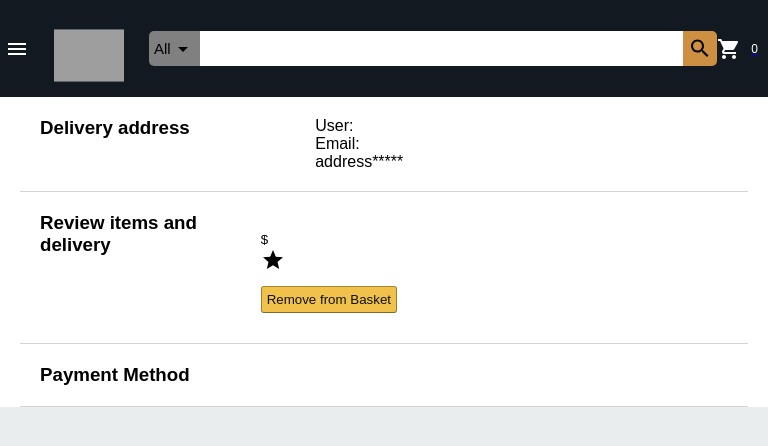
Repository: pinocoding/my-amazon-app
Page: /payment
An editor plug-in stored every save of this project. The page is shown before and after the next save, followed by the edit.
The browser window is 768 px wide. The pictures show the whole page.
Pictures or frames that could not be fetched are drawn as grey boxes. The page's requests for data from a server got no answer. Some web fonts or font styles are not loaded; a fallback is used. The project was rebuilt for these pictures with package versions that can differ from the ones it lists, and the page was loaded fresh each time. No one was signed in, and anything a server would have sent is missing. Also part of the build but not shown: src/components/Admin/admin.css, src/components/Admin/Admin.js, src/components/AuthForm/AuthStyle.css, src/components/AuthForm/AuthForm.js, src/components/Pagination/Paginationbutton.js, src/components/Products/IndividualProduct.js, src/components/Products/Product.css, src/components/Products/ProductCard.js and 30 more.

Above is the page before, as saved 2022-07-29 15:19:25.

After the next save:
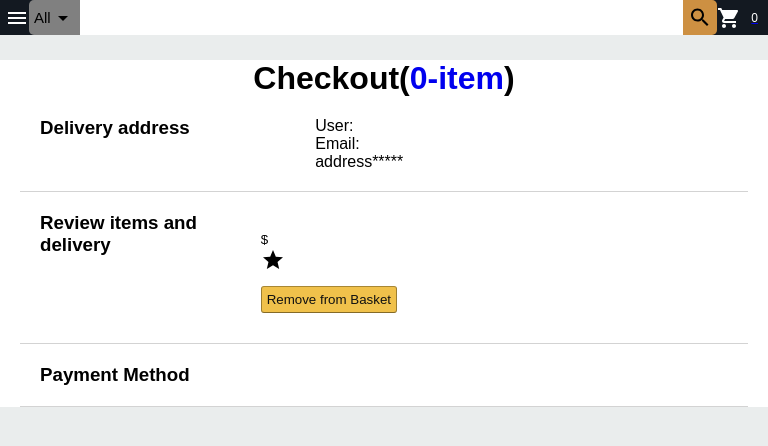
Saved 118 s later.
--- a/src/components/Header/Header.css
+++ b/src/components/Header/Header.css
@@ -273,7 +273,7 @@ font-size: 10px;
 
   }
   .header__logo {
-    transform: scale(0.7);
+   display: none;
   }
 
 
